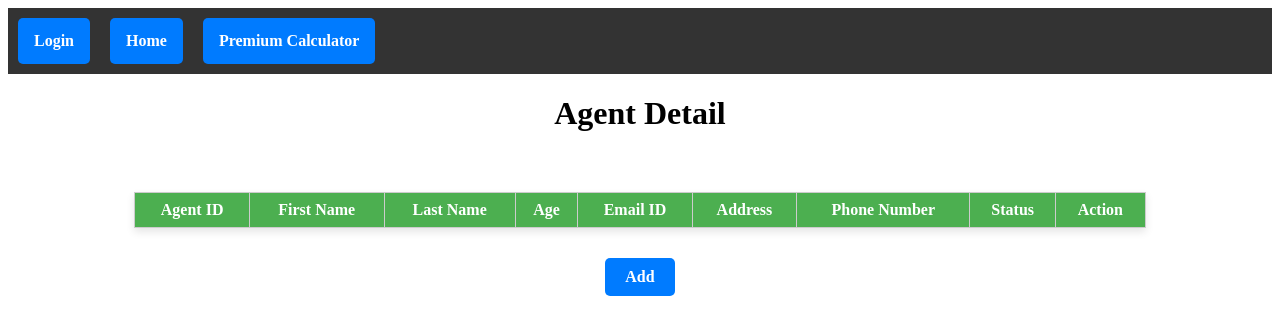
Repository: sowmini-nats/git-spring-project
Page: http://localhost/InsuranceAutomationSystem/AgentList.jsp
An editor plug-in stored every save of this project. The page is shown before and after the next save, followed by the edit.
The browser window is 1280 px wide. The pictures show the whole page.
The page is served by Tomcat 10. The template is opened directly, without the code that normally fills it, so the values that code supplies are empty.

Above is the page before, as saved 2023-10-31 01:05:56.

After the next save:
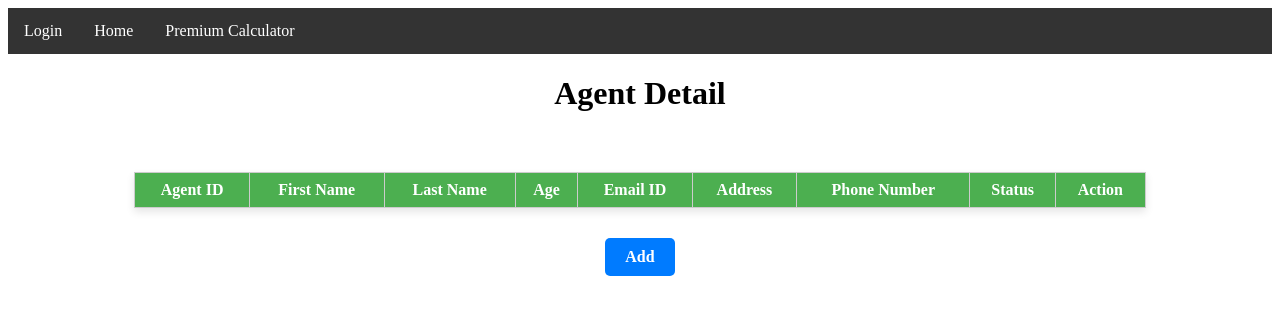
Saved 40 s later.
--- a/eclipse-workspace-jspassessment/InsuranceAutomationSystem/src/main/webapp/AgentList.jsp
+++ b/eclipse-workspace-jspassessment/InsuranceAutomationSystem/src/main/webapp/AgentList.jsp
@@ -58,7 +58,7 @@ table {
                 opacity: 1;
             }
         }
-         a {
+         .astyle {
         display: inline-block;
         margin: 10px;
         padding: 10px 20px;
@@ -112,7 +112,7 @@ table {
 </c:forEach>
 </tbody>
 </table>
-<a href="/add-agent">Add</a>
+<a class="astyle" href="/add-agent">Add</a>
 </center>
 </body>
 </html>
